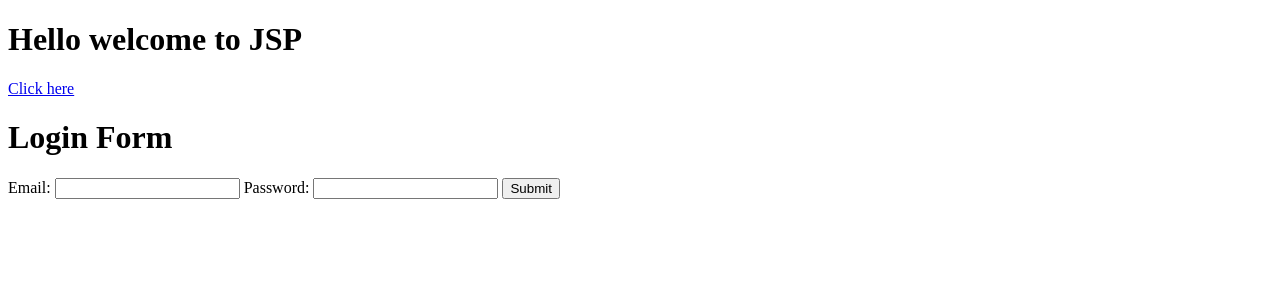
Repository: gauravrathod802/Java-Servlet
Page: http://localhost/MyFirstProject/
The author's editor kept a copy of each file at every save. The page is drawn from the files as they stood at one save, then again after a run of saves.
The browser window is 1280 px wide. The pictures show the whole page.
The page is served by Tomcat 9. Other server files are loaded and not shown.

Above is the page before, as saved 2024-01-08 12:21:02.

### MyFirstProject/WebContent/index.jsp
<%@ page language="java" contentType="text/html; charset=ISO-8859-1"
    pageEncoding="ISO-8859-1"%>
<!DOCTYPE html>
<html>
<head>
<meta charset="ISO-8859-1">
<title>Java Servlet</title>
</head>
<body>
<h1>Hello welcome to JSP</h1>
<a href="MyServlet" >Click here</a>

<h1>Login Form</h1>
<form>
<label>Email:</label>
<input type="email">
<label>Password:</label>
<input type="password">
<input type="submit">
</form>
</body>
</html>

After the next 2 saves:
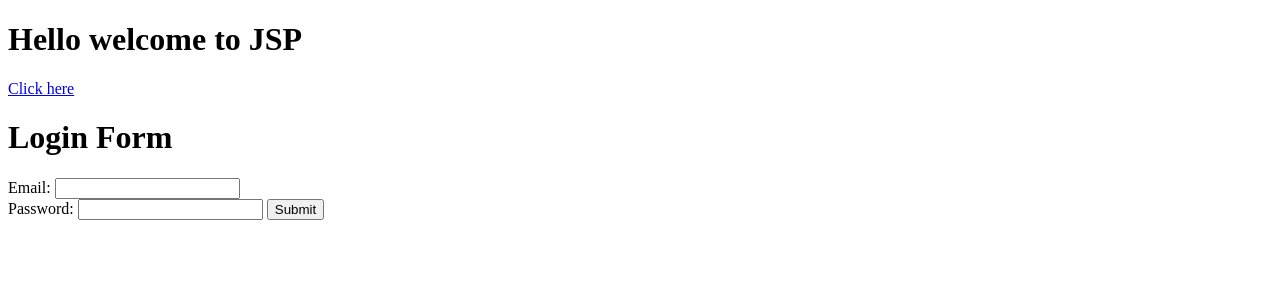
The 2 saves are shown as one change because they came seconds apart.
The last was saved 35 s later.
--- a/MyFirstProject/WebContent/index.jsp
+++ b/MyFirstProject/WebContent/index.jsp
@@ -13,7 +13,7 @@
 <h1>Login Form</h1>
 <form>
 <label>Email:</label>
-<input type="email">
+<input type="email"><br>
 <label>Password:</label>
 <input type="password">
 <input type="submit">
